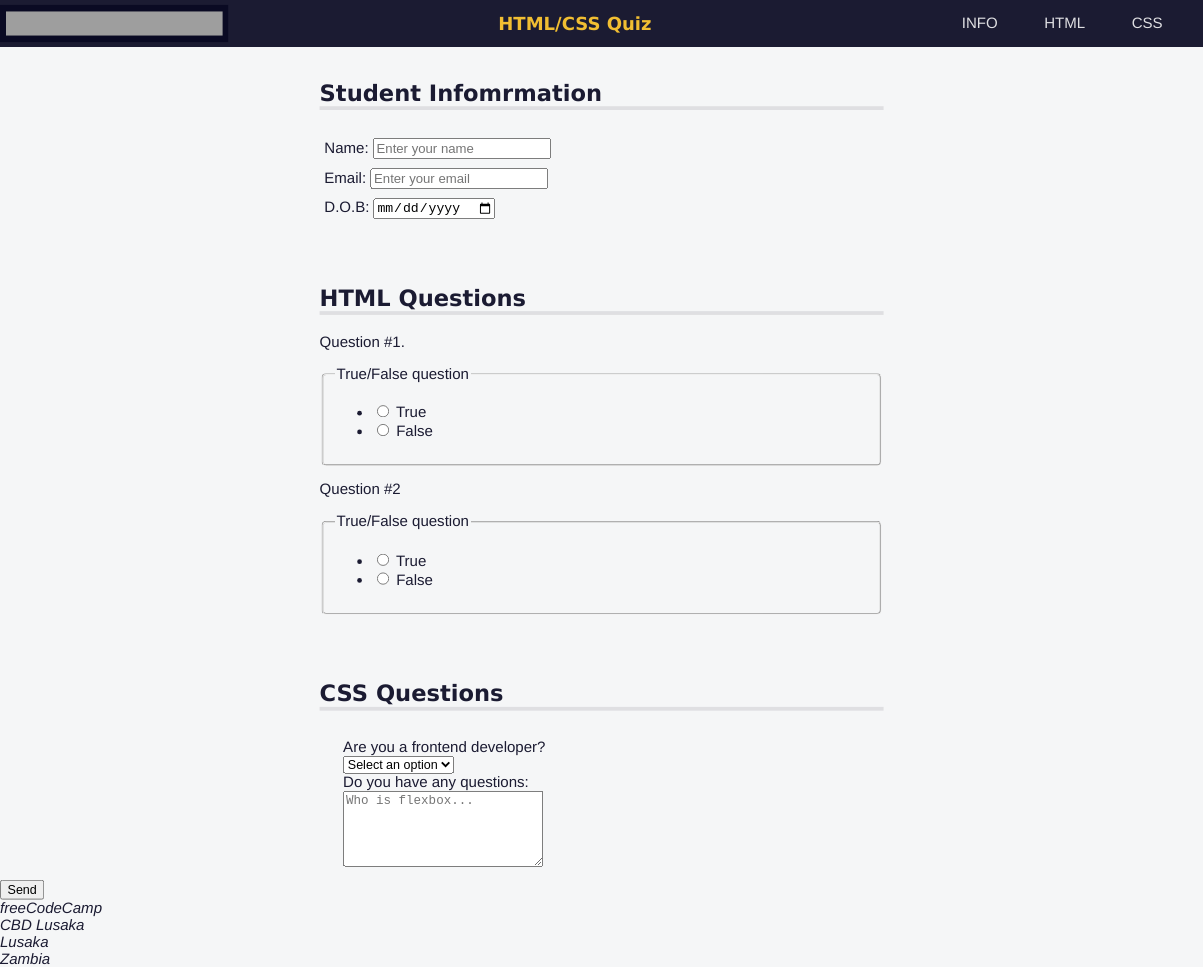
Repository: Lungdjos/accessibility_build_quiz
Page: index.html
The author's editor kept a copy of each file at every save. The page is drawn from the files as they stood at one save, then again after the next save.
The browser window is 1280 px wide. The pictures show the whole page, at 94% of full size.
Pictures or frames that could not be fetched are drawn as grey boxes.

Above is the page before, as saved 2023-10-30 08:56:14.

### index.html
<!DOCTYPE html>
<html lang="en">

<head>
    <meta charset="UTF-8">
    <meta name="viewport" content="width=device-width, initial-scale=1.0">
    <meta name="description" content="Accessibility">
    <title>HTML/CSS Test Quiz</title>
    <link rel="stylesheet" href="styles.css">
</head>

<body>
    <header>
        <img src="https://cdn.freecodecamp.org/platform/universal/fcc_primary.svg" alt="" id="logo">
        <h1>HTML/CSS Quiz</h1>
        <nav>
            <ul>
                <li>
                    <a href="#student-info">info</a></li>
                <li>
                    <a href="#html-questions">html</a></li>
                <li>
                    <a href="#css-questions">css</a></li>
            </ul>
        </nav>
    </header>
    <main>
        <form action="https://freecodecamp.org/practice-project/accessibility-quiz" method="post">
            <section role="region" aria-labelledby="student-info">
                <h2 id="student-info">Student Infomrmation</h2>
                <div class="info">
                    <label for="student-name">
                        Name:
                    </label><input type="text" name="name" id="student-name" placeholder="Enter your name">
                </div>
                <div class="info">
                    <label for="student-email">
                        Email:
                    </label><input type="email" name="email" id="student-email" placeholder="Enter your email">
                </div>
                <div class="info">
                    <label for="birth-date">
                        D.O.B:<span class="sr-only">(Date of Birth)</span>
                    </label><input type="date" name="dob" id="birth-date">
                </div>
            </section>

            <section role="region" aria-labelledby="html-questions">
                <h2 id="html-questions">HTML Questions</h2>
                <div class="question-block">
                    <p>1.</p>
                    <fieldset name="first-question" class="question">
                        <legend>True/False question</legend>
                        <ul class="answers-list">
                            <li>
                                <label for="q1-a1">
                                    <input type="radio" value="true" name="q1-answ" id="q1-a1"> True
                                </label>
                            </li>
                            <li>
                                <label for="q1-a2">
                                    <input type="radio" value="false" name="q1-answ" id="q1-a2"> False
                                </label>
                            </li>
                        </ul>
                    </fieldset>
                </div>
                <div class="question-block">
                    <p>2</p>
                    <fieldset name="second-question" class="question">
                        <legend>True/False question</legend>
                        <ul class="answers-list">
                            <li>
                                <label for="q2-a1">
                                    <input type="radio" value="true" name="q2-answ" id="q2-a1"> True
                                </label>
                            </li>
                            <li>
                                <label for="q2-a2">
                                    <input type="radio" value="false" name="q2-answ" id="q2-a2"> False
                                </label>
                            </li>
                        </ul>
                    </fieldset>
                </div>
            </section>

            <section role="region" aria-labelledby="css-questions">
                <h2 id="css-questions">CSS Questions</h2>
                <div class="formrow">
                    <div class="question-block">
                        <label for="customer">Are you a frontend developer?</label>
                    </div>
                    <div class="answer">
                        <select name="customer" id="customer" required>
                            <option value="">Select an option</option>
                            <option value="yes">Yes</option>
                            <option value="no">No</option>
                        </select>
                    </div>

                    <div class="question-block">
                        <label for="css-questions">Do you have any questions:</label>
                    </div>
                    <div class="answer">
                        <textarea name="css-questions" id="css-questions" rows="5" cols="24" placeholder="Who is flexbox..."></textarea>
                    </div>
                </div>
            </section>
            <button type="submit">Send</button>
        </form>
    </main>
    <footer>
        <address>
            freeCodeCamp<br/>
            CBD Lusaka<br/>
            Lusaka<br/>
            Zambia
        </address>
    </footer>
</body>

</html>

### styles.css
body {
    background: #f5f6f7;
    color: #1b1b32;
    font-family: Helvetica;
    margin: 0;
}

header {
    width: 100%;
    height: 50px;
    background-color: #1b1b32;
    display: flex;
    justify-content: space-between;
    align-items: center;
    position: fixed;
    top: 0;
}

#logo {
    width: max(100px, 18vw);
    background-color: #0a0a23;
    aspect-ratio: 35 / 4;
    padding: 0.4rem;
}

h1 {
    color: #f1be32;
    font-size: min(5vw, 1.2em);
    text-align: center;
}

main {
    padding-top: 25px;
}

nav {
    width: 50%;
    max-width: 300px;
    height: 50px;
}

nav>ul {
    display: flex;
    justify-content: space-evenly;
    text-transform: uppercase;
    align-items: center;
    padding-inline-start: 0;
    margin-block: 0;
    height: 100%;
    flex-wrap: wrap;
}

h1,
h2 {
    font-family: Verdana, Tahoma;
}

h2 {
    border-bottom: 4px solid #dfdfe2;
    margin-top: 0;
    padding-top: 60px;
}

.sr-only {
    position: absolute;
    width: 1px;
    height: 1px;
    padding: 0;
    margin: -1px;
    overflow: hidden;
    clip: rect(0, 0, 0, 0);
    white-space: nowrap;
    border: 0;
}

p::before {
    content: "Question #";
}

nav li {
    color: #dfdfe2;
    margin: 0 0.2rem;
    padding: 0.2rem;
    display: block;
}

li>a {
    color: inherit;
}

nav li>a {
    text-decoration: none;
}

nav li>a:hover {
    text-decoration: none;
    background-color: #dfdfe2;
    color: #1b1b32;
    cursor: pointer;
}

section {
    width: 80%;
    max-width: 600px;
    margin: 0 auto 10px auto;
}

fieldset {
    border-radius: 5px;
}

.info {
    padding: 10px 0 0 5px;
}

.formrow {
    margin-top: 30px;
    padding: 0 25px 0 25px;
}

input {
    font-size: 14px;
}

After the next save:
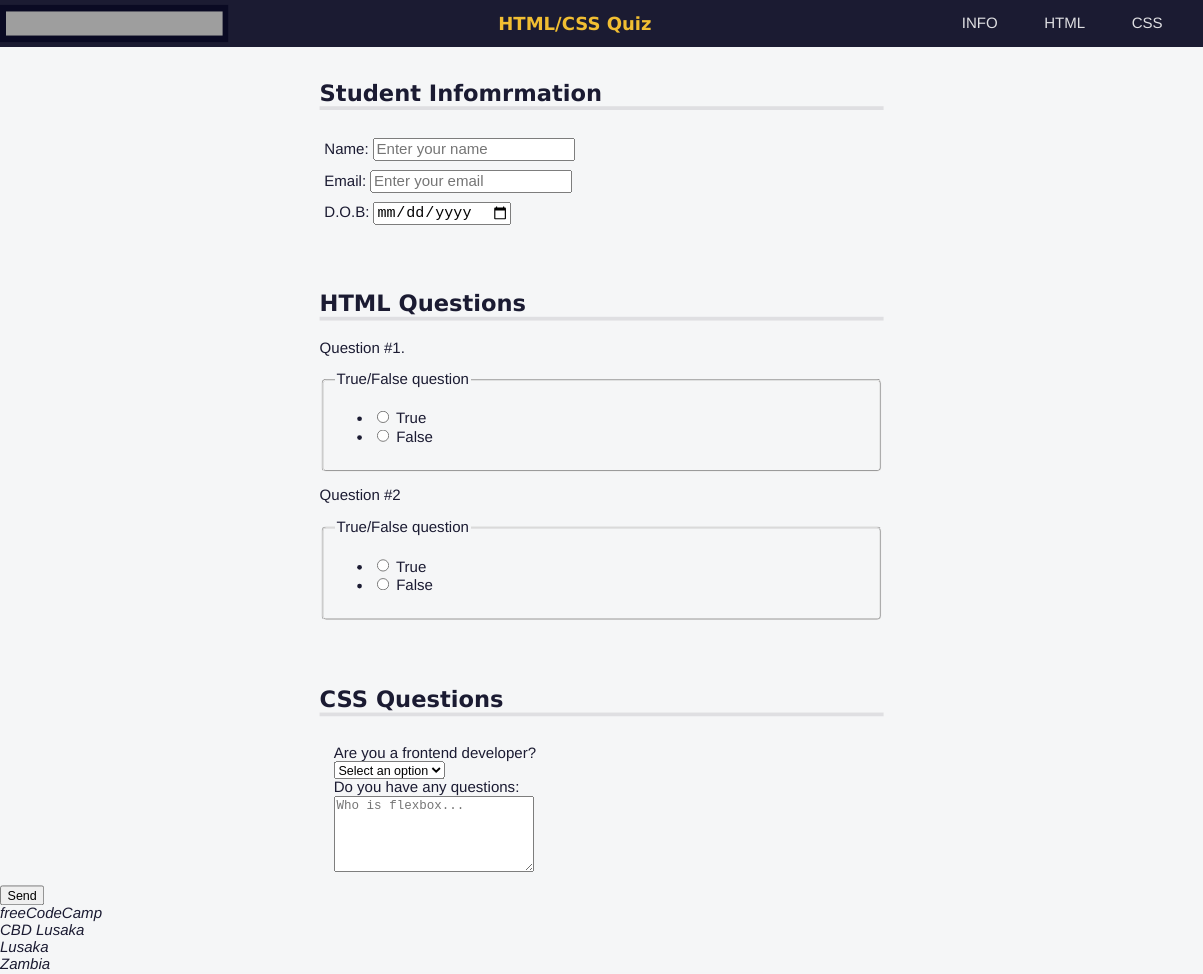
Saved 3 min 40 s later.
--- a/styles.css
+++ b/styles.css
@@ -115,9 +115,9 @@ fieldset {
 
 .formrow {
     margin-top: 30px;
-    padding: 0 25px 0 25px;
+    padding: 0px 15px;
 }
 
 input {
-    font-size: 14px;
+    font-size: 16px;
 }
